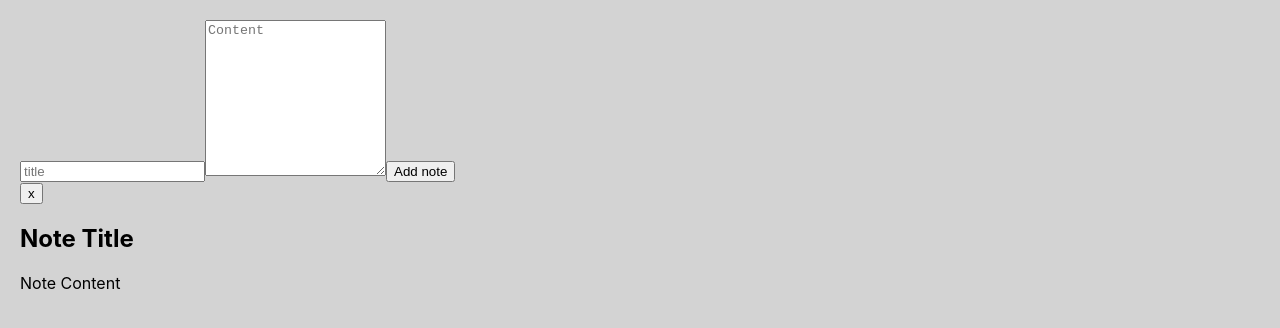
Repository: karolina-rachuta/Notes_React_Node_Js
Page: /
An editor plug-in stored every save of this project. The page is shown before and after the next save, followed by the edit.
The browser window is 1280 px wide. The pictures show the whole page.
The project was rebuilt for these pictures with package versions that can differ from the ones it lists, and the page was loaded fresh each time.

Above is the page before, as saved 2024-08-10 21:21:40.

### src/App.tsx
import './App.css';

function App() {
  return (
    <div className="app-container">
      <form action="note-form">
        <input
          type="text"
          placeholder="title"
          value=""
          required
        />
        <textarea
          placeholder="Content"
          name=""
          id=""
          cols={20}
          rows={10}
          required
        ></textarea>
        <button type="submit">Add note</button>
      </form>
      <div className="notes-grid">
        <div className="notes-item">
          <div className="notes-header">
            <button>x</button>
          </div>
          <h2>Note Title</h2>
          <p>Note Content</p>
        </div>
      </div>
    </div>
  );
}

export default App;

### src/App.css
body {
  margin: 20px;
  background-color: lightgray;
}

.app-container {
  grid-template-columns: 1fr;
}

@media (min-width: 600px) {
  .app-container {
    display: grid;;
  }
}

Loaded but not shown: public/index.html (common file); src/index.tsx (common file); src/index.css (common file); src/reportWebVitals.ts (common file)

After the next save:
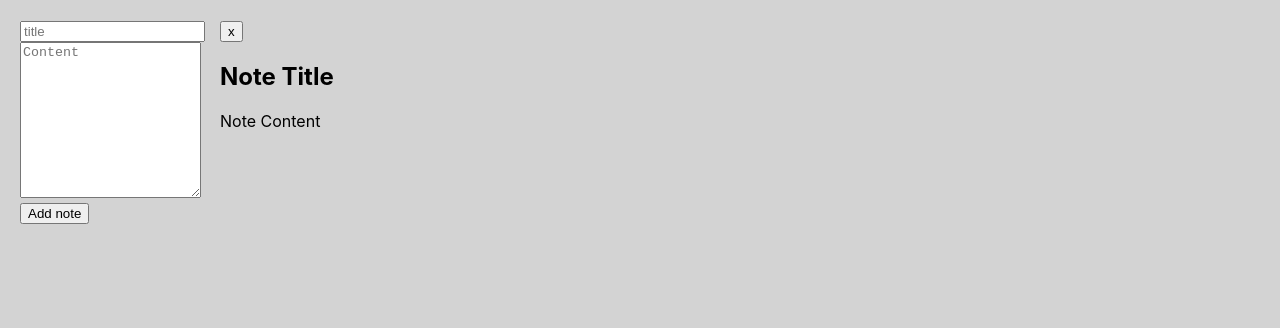
Saved 8 s later.
--- a/src/App.css
+++ b/src/App.css
@@ -9,6 +9,7 @@ body {
 
 @media (min-width: 600px) {
   .app-container {
-    display: grid;;
+    display: grid;
+    grid-template-columns: 200px 1fr;
   }
 }
